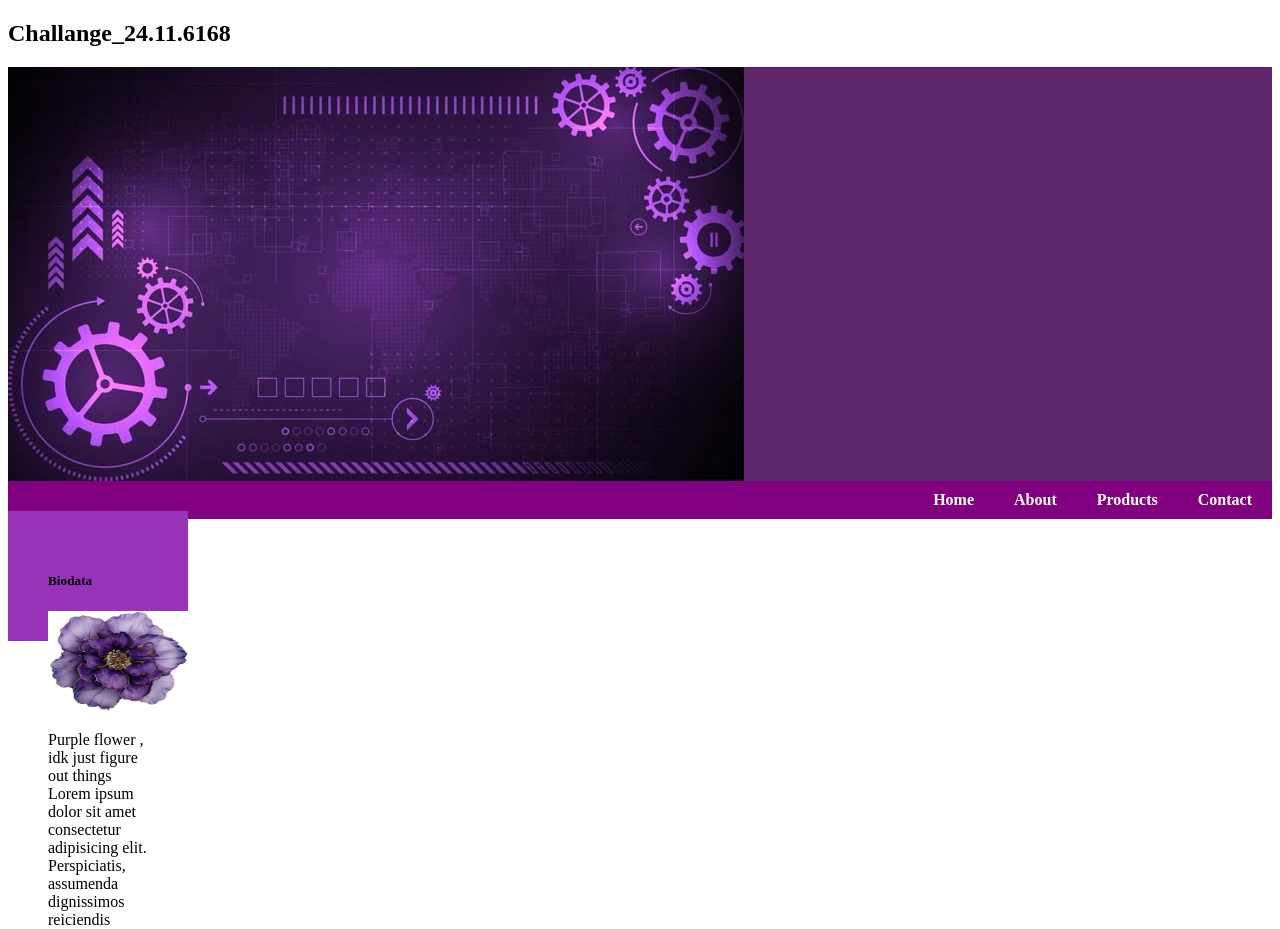
Repository: Ms-Ulfiyahrustam/p5_pemogramanweb
Page: index.html
An editor plug-in stored every save of this project. The page is shown before and after the next save, followed by the edit.
The browser window is 1280 px wide. The pictures show the whole page.

Above is the page before, as saved 2026-04-27 09:39:49.

### index.html
<!DOCTYPE html>
<html lang="en">
<head>
    <meta charset="UTF-8">
    <meta name="viewport" content="width=device-width, initial-scale=1.0">
    <link rel="stylesheet" href="style.css">
    <title>Document</title>
</head>
<body class="">
    <h2>Challange_24.11.6168</h2>
    <div class="flex-container">
        <img src="download.jpg" alt="">
    </div>
    <div class="leftside">
        <h5>Biodata</h5>
        <img src="purple.jpg" alt="" width="140" height="100" >
        <p>Purple flower , idk just figure out things <br>
            Lorem ipsum dolor sit amet consectetur adipisicing elit. Perspiciatis, assumenda dignissimos reiciendis  <br>
        </p>
    </div>
    <div class="midplace">
<nav class="menu">
  <ul>
    <li><a href="#">Home</a></li>
    <li><a href="#">About</a></li>
    <li><a href="#">Products</a></li>
    <li><a href="#">Contact</a></li>
  </ul>
</nav>
        </div>
</body>
</html>

### style.css


.flex-container{
    display: flex;
    background-color: rgb(95, 40, 109);
    margin: auto;
}

.leftside{

    float:left;
    background-color: rgb(153, 52, 184);
    margin-top: 30px;
    width:100px;
    height: 50px;
    padding: 40px;


}

leftside img{
    justify-content: center;
}

.rightside{

}

.midplace{
    background-color: purple;
    color: azure;

}

.menu {
  background-color: purple;
  padding: 10px 0;
}

.menu ul {
  display: flex;
  justify-content: right;
  list-style: none;
  margin: 0;
  padding: 0;
}

.menu li {
  margin: 0 20px;
}

.menu a {
  text-decoration: none;
  color: white;
  font-weight: bold;
}

After the next save:
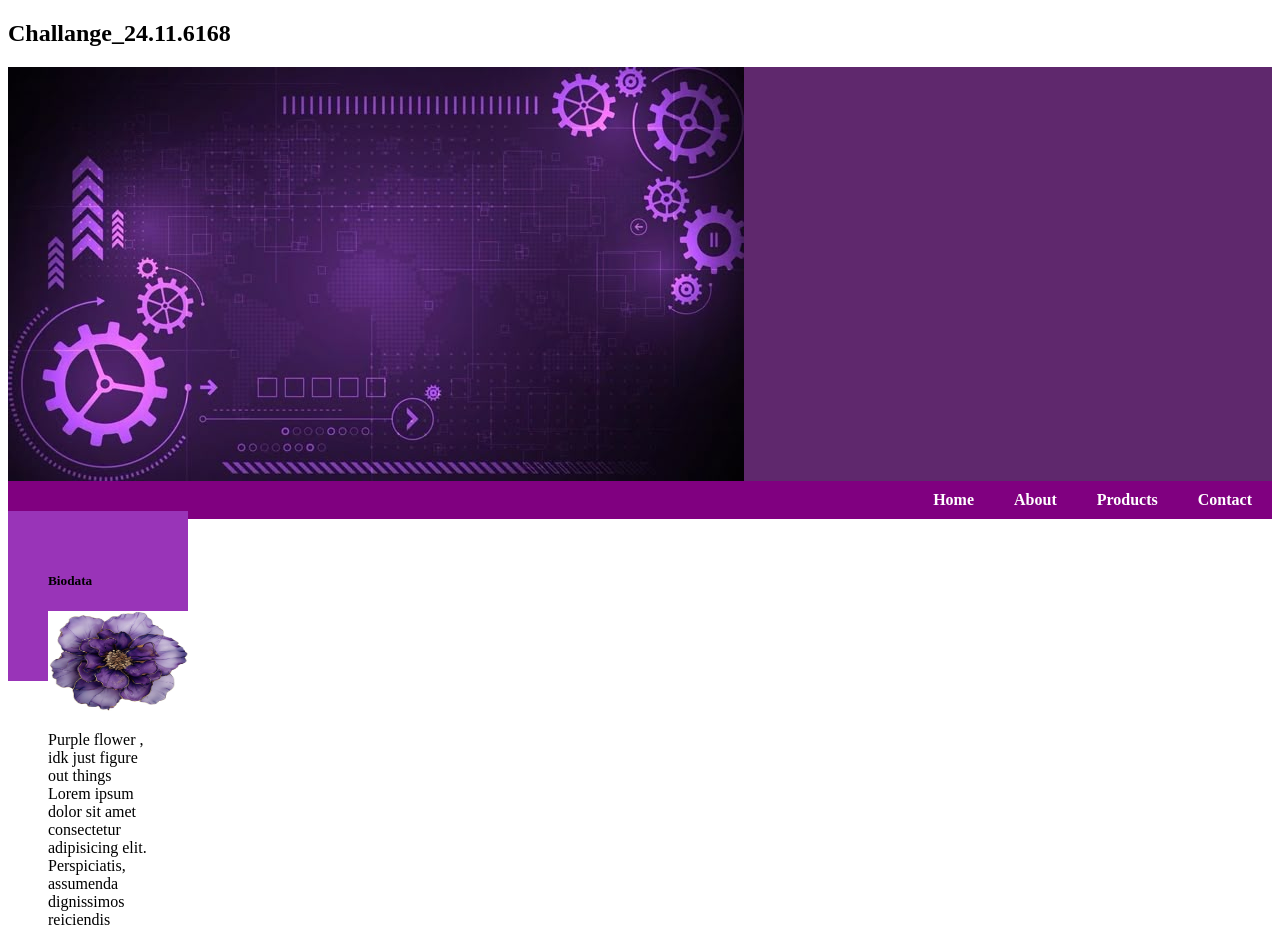
Saved 9 s later.
--- a/style.css
+++ b/style.css
@@ -12,7 +12,7 @@
     background-color: rgb(153, 52, 184);
     margin-top: 30px;
     width:100px;
-    height: 50px;
+    height: 90px;
     padding: 40px;
 
 
